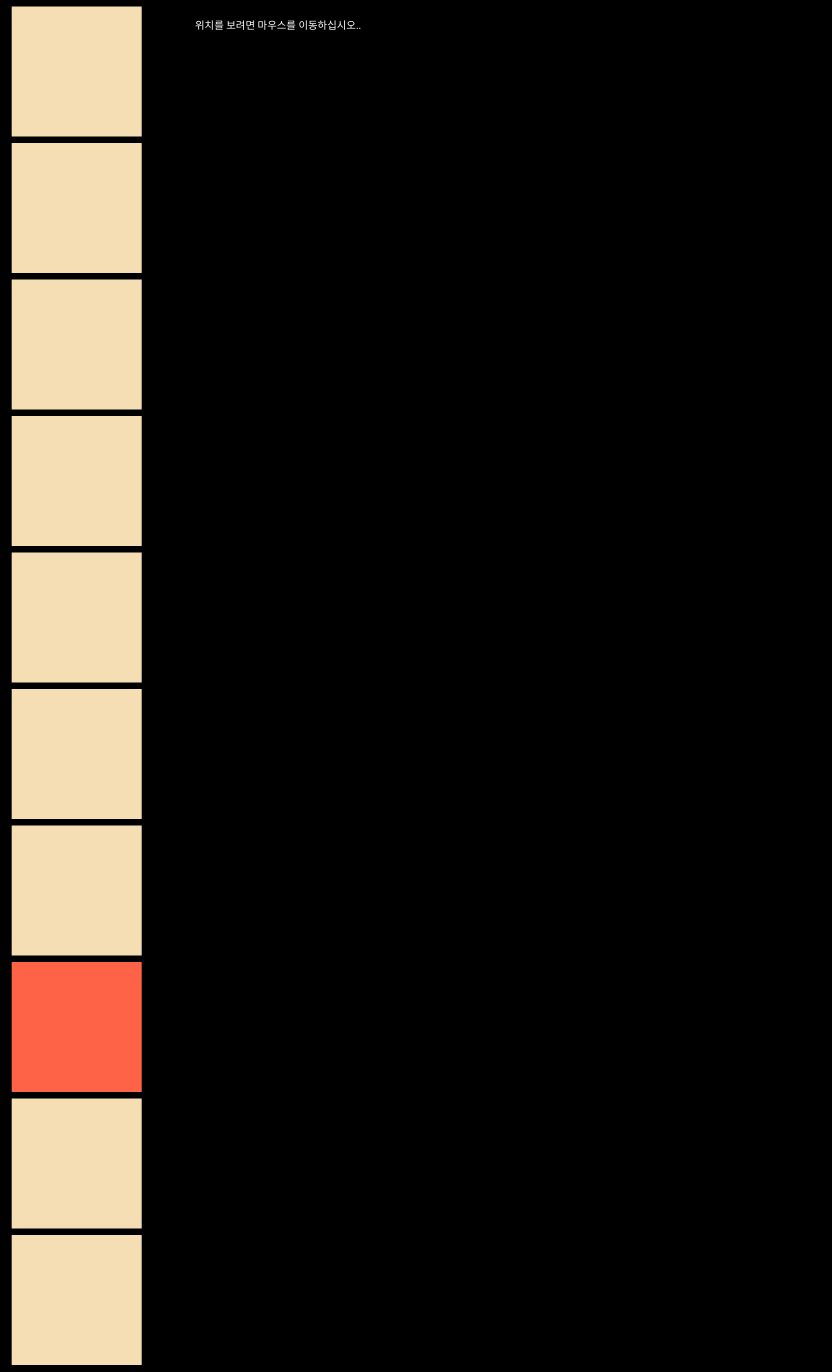
Repository: GoodHoneyCake/Dream_Coding_Academy5
Page: browser/chap1/window_coordinate.html
An editor plug-in stored every save of this project. The page is shown before and after the next save, followed by the edit.
The browser window is 1280 px wide. The pictures show the whole page, at 65% of full size.

Above is the page before, as saved 2021-01-28 13:19:09.

### browser/chap1/window_coordinate.html
<!DOCTYPE html>
<html lang="en">
  <head>
    <meta charset="UTF-8" />
    <meta name="viewport" content="width=device-width, initial-scale=1.0" />
    <title>Document</title>
  </head>
  <style>
    body {
      background-color: black;
      color: white;
    }
    p {
      position: fixed;
      left: 300px;
    }
    div {
      background-color: wheat;
      width: 200px;
      height: 200px;
      margin: 10px;
    }
    .div8 {
      background-color: tomato;
    }
  </style>
  <body>
    <p>위치를 보려면 마우스를 이동하십시오..</p>
    <p id="screen-log"></p>
    <div></div>
    <div></div>
    <div></div>
    <div></div>
    <div></div>
    <div></div>
    <div></div>
    <div class="div8"></div>
    <div></div>
    <div></div>
  </body>
  <script>
    let screenLog = document.querySelector("#screen-log");

    const div8 = document.querySelector(".div8");
    const rect = div8.getBoundingClientRect();
    div8.addEventListener("click", () => {
      console.log(rect);
    });

    document.addEventListener("mousemove", logKey);

    function logKey(e) {
      screenLog.innerText = `
    Page X/Y: ${e.pageX}, ${e.pageY}
    Client X/Y: ${e.clientX}, ${e.clientY}`;
    }
  </script>
</html>

After the next save:
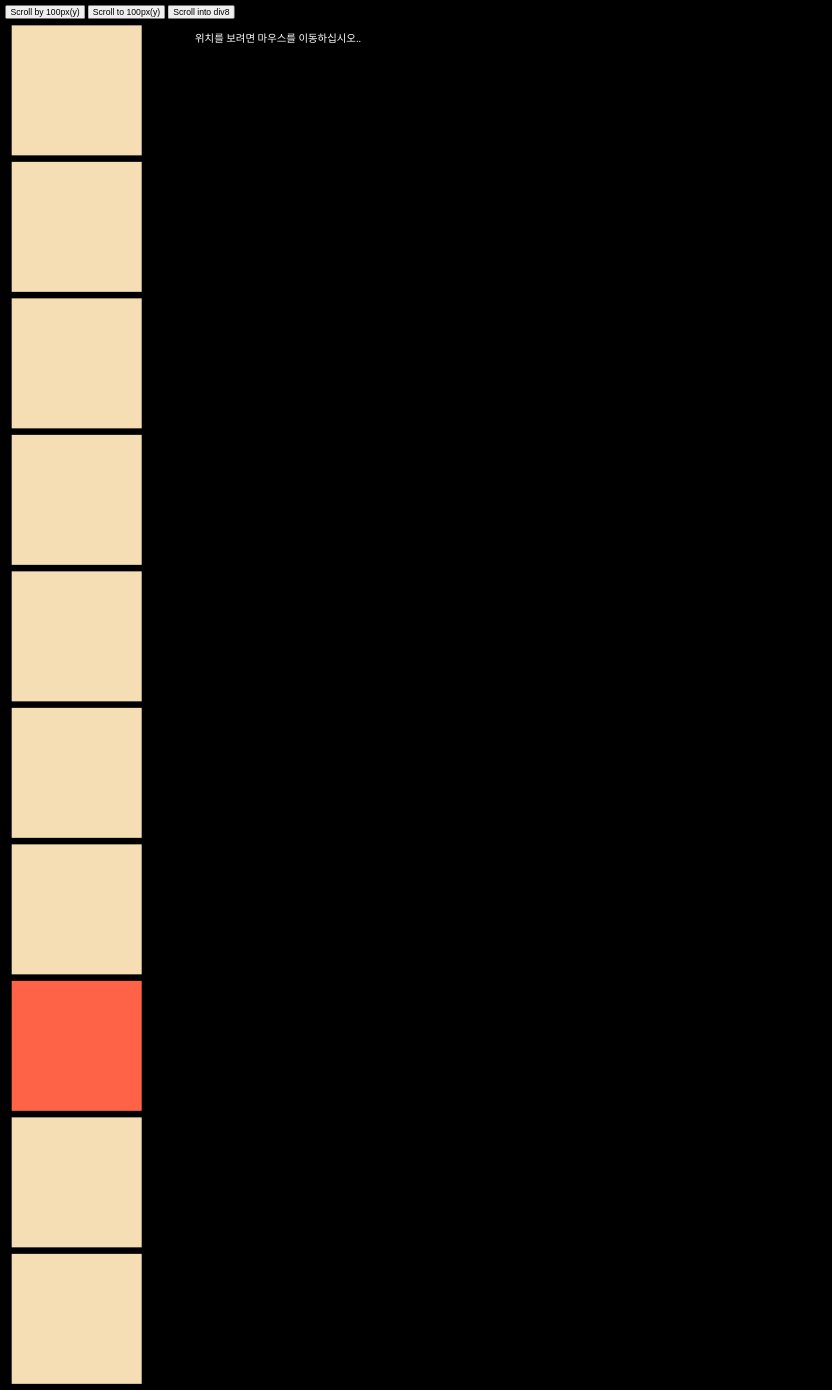
Saved 30 min 52 s later.
--- a/browser/chap1/window_coordinate.html
+++ b/browser/chap1/window_coordinate.html
@@ -25,6 +25,9 @@
     }
   </style>
   <body>
+    <button>Scroll by 100px(y)</button>
+    <button>Scroll to 100px(y)</button>
+    <button>Scroll into div8</button>
     <p>위치를 보려면 마우스를 이동하십시오..</p>
     <p id="screen-log"></p>
     <div></div>

After the save that followed:
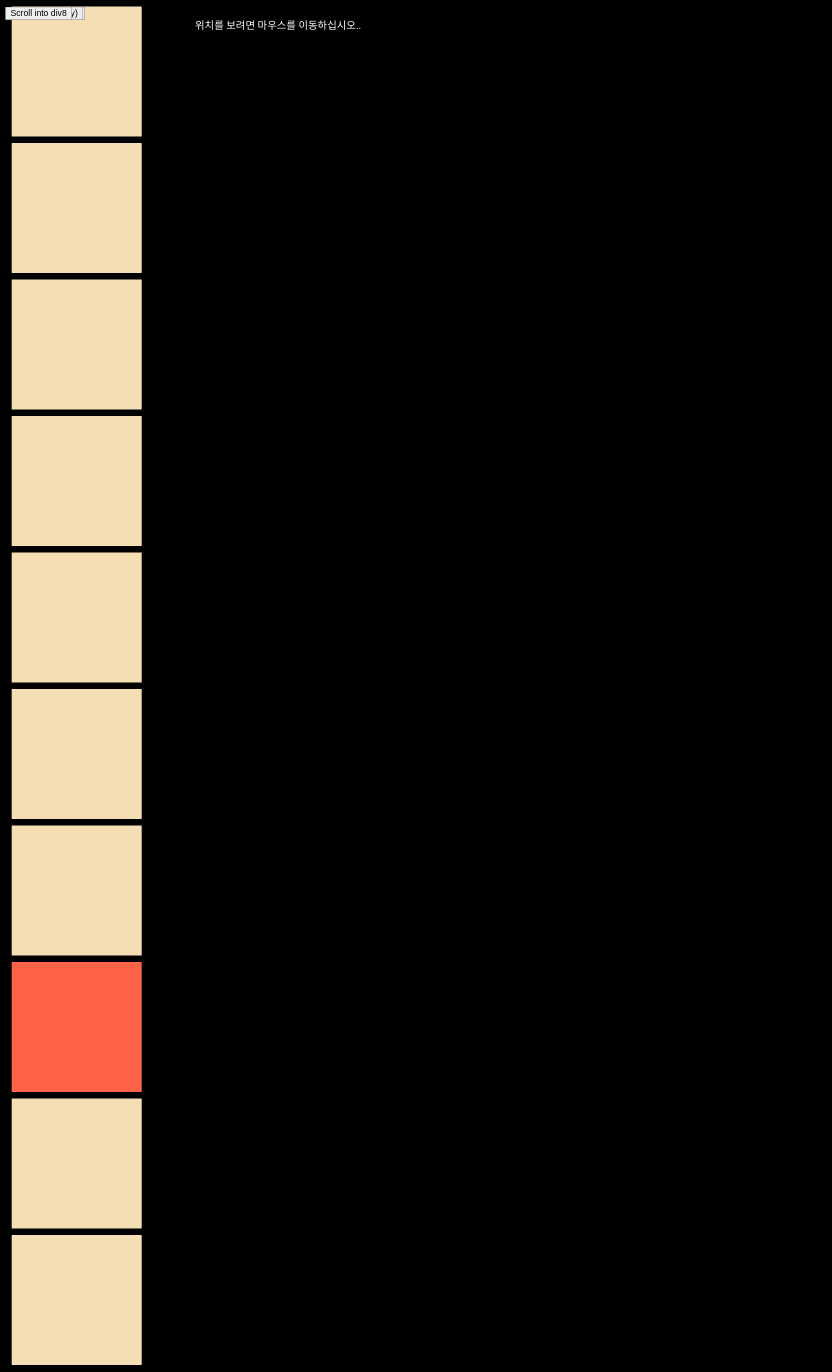
Saved 21 s later.
--- a/browser/chap1/window_coordinate.html
+++ b/browser/chap1/window_coordinate.html
@@ -9,6 +9,9 @@
     body {
       background-color: black;
       color: white;
+    }
+    button {
+      position: fixed;
     }
     p {
       position: fixed;
